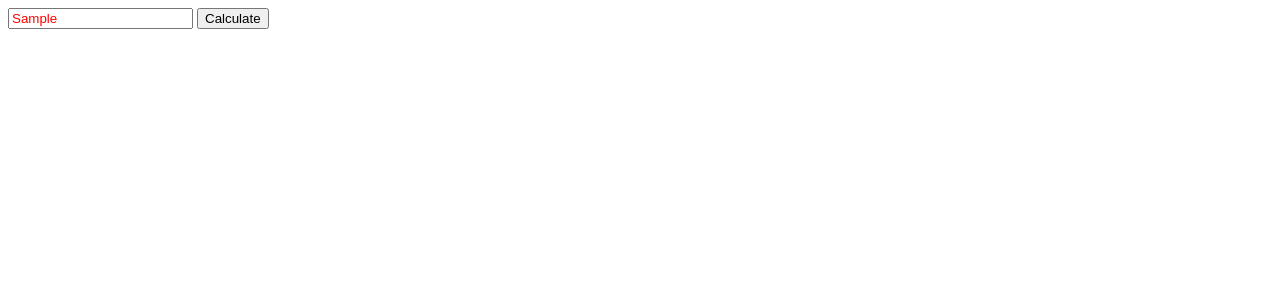
Repository: KHALIFASAID2020/Javascript-UDEMY-WEB
Page: index3.html
An editor plug-in stored every save of this project. The page is shown before and after the next save, followed by the edit.
The browser window is 1280 px wide. The pictures show the whole page.
Empty fields were first filled with sample values (such as "Sample", 5 or name@example.com).
After loading, the first visible `button` was clicked once.

Above is the page before, as saved 2019-10-22 00:01:45.

After the next save:
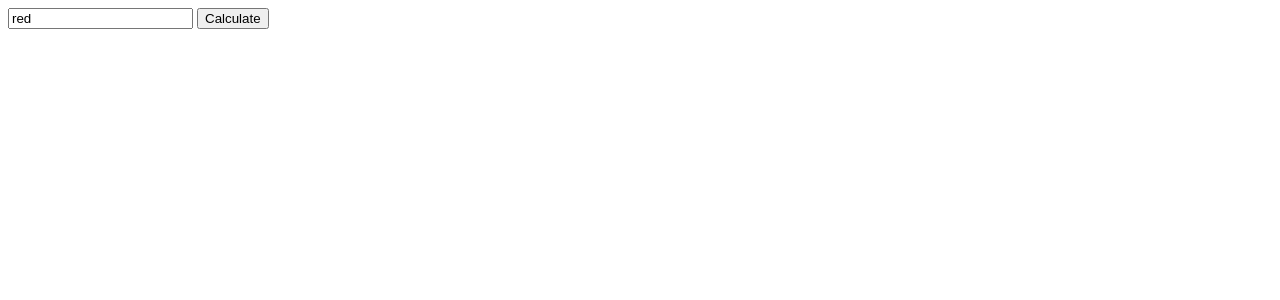
Saved 2 min 31 s later.
--- a/index3.html
+++ b/index3.html
@@ -6,7 +6,7 @@
     <meta http-equiv="X-UA-Compatible" content="ie=edge">
     <script>
         function calc(){
-            document.getElementById("val1").style.color="red";
+            document.getElementById("val1").value="red";
         }
     </script>
     <title>Document</title>
